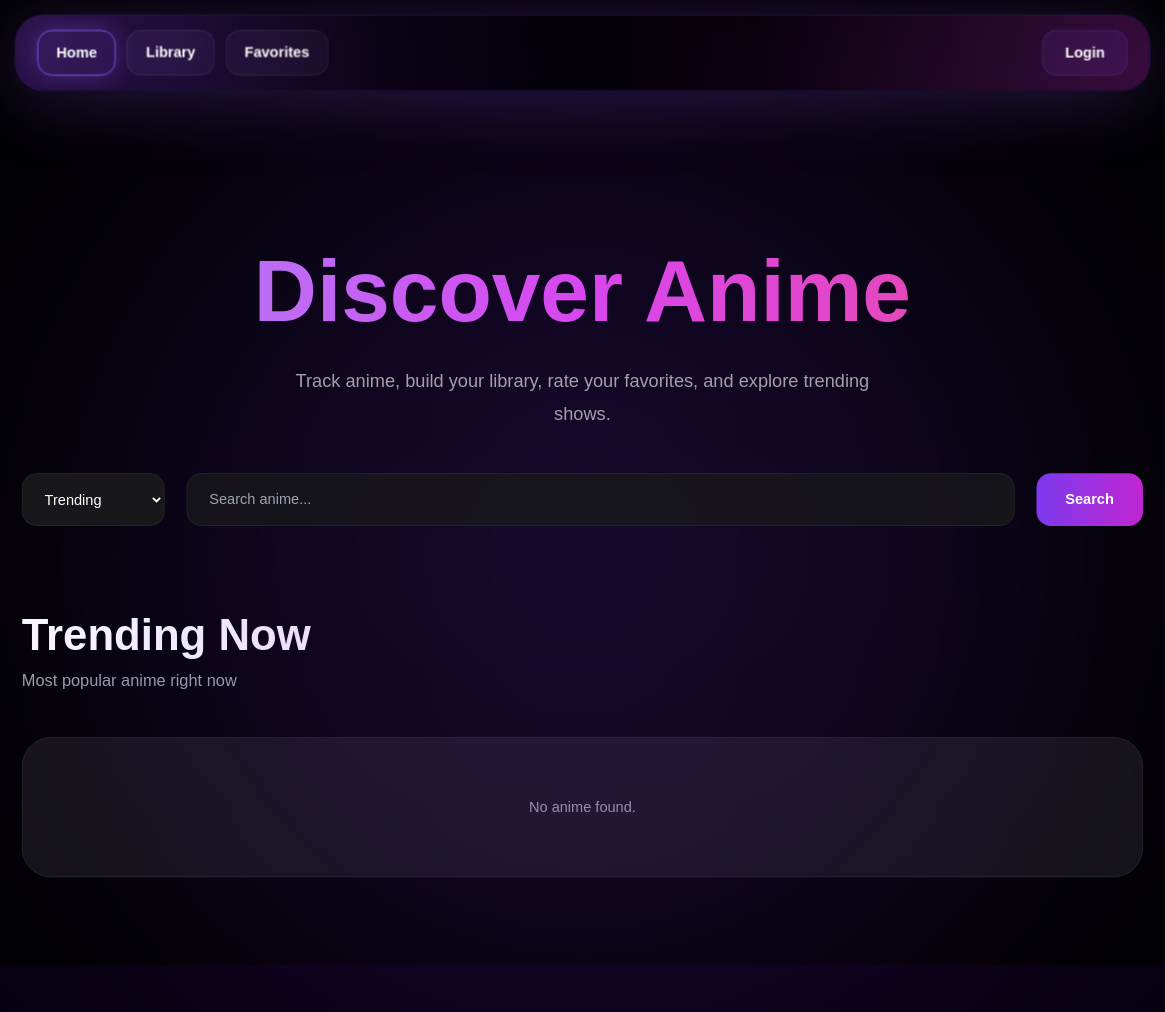
Repository: Maykal-Projects/Otakuflow
Page: /
These files come from the project's save history. The page is drawn as it stood at one moment and after the next save; the edit follows.
The browser window is 1280 px wide. The pictures show the whole page, at 91% of full size.
The page's requests for data from a server got no answer. The project was rebuilt for these pictures with package versions that can differ from the ones it lists, and the page was loaded fresh each time. The framework's server and built-in components were replaced by stand-ins that run in the browser. No one was signed in, and anything a server would have sent is missing. Also part of the build but not shown: next.config.ts, components/AnimeCard.tsx.

Above is the page before, as saved 2026-05-30 10:10:38.

### app/layout.tsx
import "./globals.css";

import type { Metadata } from "next";

import { Toaster } from "react-hot-toast";

export const metadata = {

  title: "Otakuflorist",

  applicationName:
    "Otakuflorist",

  description:
    "Track anime, build your library and discover trending shows.",

};

export const viewport = {
  themeColor: "#07010f",
  colorScheme: "dark",
  viewportFit: "cover",
};

export default function RootLayout({
  children,
}: Readonly<{
  children: React.ReactNode;
}>) {
  return (
    <html
  lang="en"
  suppressHydrationWarning
>
      <body className="bg-[#07010f]">
        {children}

        <Toaster
  position="top-center"
  toastOptions={{
    duration: 2500,

    style: {
      background:
        "rgba(15,15,20,0.95)",

      color: "#fff",

      border:
        "1px solid rgba(255,255,255,0.08)",

      borderRadius:
        "22px",

      padding:
        "18px 22px",

      backdropFilter:
        "blur(18px)",

      fontWeight:
        "800",

      boxShadow:
        "0 10px 60px rgba(0,0,0,0.5)",
    },

    success: {
      iconTheme: {
        primary:
          "#a855f7",
        secondary:
          "#fff",
      },
    },
  }}
/>
      </body>
    </html>
  );
}

### app/page.tsx
"use client";

import {
  useEffect,
  useRef,
  useState,
} from "react";

import AnimeCard from "@/components/AnimeCard";
import Navbar from "@/components/Navbar";
import toast from "react-hot-toast";

const genres = [
  { name: "Action", id: 1 },
  { name: "Adventure", id: 2 },
  { name: "Comedy", id: 4 },
  { name: "Drama", id: 8 },
  { name: "Fantasy", id: 10 },
  { name: "Horror", id: 14 },
  { name: "Mystery", id: 7 },
  { name: "Romance", id: 22 },
  { name: "Sci-Fi", id: 24 },
  { name: "Sports", id: 30 },
];

import {
  getAnimeFeed,
} from "@/lib/anilist";

export default function HomePage() {
  const [animeList, setAnimeList] =
    useState<any[]>([]);

  const [loading, setLoading] =
    useState(true);

  const [
    loadingMore,
    setLoadingMore,
  ] = useState(false);

  const [search, setSearch] =
    useState("");

  const [page, setPage] =
    useState(2);

  const [
    hasMore,
    setHasMore,
  ] = useState(true);

  const [
    suggestions,
    setSuggestions,
  ] = useState<any[]>([]);

  const [pageTitle, setPageTitle] =
    useState("Trending Now");

  const [
    selectedSort,
    setSelectedSort,
  ] = useState("");

  const [
  selectedGenre,
  setSelectedGenre,
] = useState("");

  const timeoutRef =
    useRef<NodeJS.Timeout | null>(
      null
    );

 useEffect(() => {

  const saved =
    sessionStorage.getItem(
      "homepage-state"
    );

  if (saved) {

    const state =
      JSON.parse(saved);

    setSearch(
      state.search || ""
    );

    setSelectedSort(
      state.selectedSort || ""
    );

    setSelectedGenre(
  state.selectedGenre || ""
);

    setAnimeList(
      state.animeList || []
    );

    setPage(
      state.page || 2
    );

    setPageTitle(
      state.pageTitle ||
      "Trending Now"
    );

    setLoading(false);

  } else {

    loadAnime();

  }

}, []);

  // AUTO SEARCH


useEffect(() => {

  if (
    animeList.length === 0
  ) return;

  const state = {

    search,
    selectedSort,
    selectedGenre,
    animeList,
    page,
    pageTitle,

  };

  sessionStorage.setItem(
    "homepage-state",
    JSON.stringify(state)
  );

}, [
  search,
  selectedSort,
  selectedGenre,
  animeList,
  page,
  pageTitle,
]);

  async function loadAnime() {
    if (page === 1) {
      setLoading(true);
    } else {
      setLoadingMore(true);
    }

    try {
      const anime =
        await getAnimeFeed(
          "POPULARITY_DESC"
        );

      if (
        anime &&
        anime.length > 0
      ) {
        setAnimeList(anime);
      }

      setPageTitle(
        "Trending Now"
      );

      setHasMore(true);
    } catch (error) {
      console.error(
        "LOAD ANIME ERROR:",
        error
      );
    }

    setLoading(false);
    setLoadingMore(false);
  }

  async function searchTrendingMore() {

    if (loadingMore)
  return;

    setLoadingMore(true);

    try {
      const response =
        await fetch(
          `https://api.jikan.moe/v4/top/anime?page=${page}&limit=24`
        );

      const json =
        await response.json();

      const newAnime =
        json.data || [];

      setHasMore(
        json.pagination
          ?.has_next_page
      );

      setAnimeList(
        (prev) => [
          ...prev,
          ...newAnime,
        ]
      );

      setPage(page + 1);
    } catch (error) {
      console.error(error);
    }

    setLoadingMore(false);
  }

  async function searchAnime(
  reset = false
) {

  // TRENDING
if (
  !search.trim() &&
  !selectedSort &&
  !selectedGenre
) {

    if (reset) {

      setPage(2);

      loadAnime();

    } else {

      searchTrendingMore();

    }

    return;
  }

  // LOADING
  if (reset) {

    setLoading(true);

  } else {

    setLoadingMore(true);

  }

  try {

    const currentPage =
      reset ? 1 : page;

    let url =
      `https://api.jikan.moe/v4/anime?page=${currentPage}&limit=24`;

    // SEARCH
   if (
  search.trim()
) {

  url += `&q=${search}`;

}

if (
  selectedGenre
) {

  url += `&genres=${selectedGenre}`;

}

    // SORT

    // MOST POPULAR
   if (
  selectedSort ===
  "popularity"
) {

  url +=
    "&order_by=members&sort=desc";

}
    // FAVORITES
    else if (
      selectedSort ===
      "favorites"
    ) {

      url +=
        "&order_by=favorites&sort=desc";

    }

if (
  selectedSort ===
  "all"
) {

  // NO SORTING
}

    // TOP RATED
    else if (
      selectedSort ===
      "score"
    ) {

      url +=
        "&order_by=members&sort=desc";

    }

    // NEWEST
    else if (
      selectedSort ===
      "start_date"
    ) {

      url +=
        "&order_by=start_date&sort=desc";

    }

    // DEFAULT
    else {

      url +=
        "&order_by=score&sort=desc";

    }

    const response =
  await fetch(url);

if (
  response.status === 429
) {

  toast.error(
    "Too many requests. Please wait a moment."
  );

  setLoading(false);

  setLoadingMore(false);

  return;
}

    const json =
  await response.json();

let newAnime =
  json.data || [];

newAnime = Array.from(
  new Map(
    newAnime.map(
      (anime: any) => [
        anime.mal_id,
        anime,
      ]
    )
  ).values()
);

// STRICT TITLE FILTER

if (
  search.trim()
) {

  newAnime =
    newAnime.filter(
      (anime: any) =>

        anime.title
          ?.toLowerCase()
          .includes(
            search.toLowerCase()
          )

        ||

        anime.title_english
          ?.toLowerCase()
          .includes(
            search.toLowerCase()
          )

    );

}

setHasMore(
  json.pagination
    ?.has_next_page
);

if (reset) {

  setAnimeList(
    newAnime
  );

} else {

  setAnimeList(
    (prev) => [
      ...prev,
      ...newAnime,
    ]
  );

}

    setPage(
      currentPage + 1
    );

    setPageTitle(
      search.trim()
        ? `Search Results for "${search}"`
        : "Filtered Anime"
    );

  } catch (error) {

    console.error(
      "SEARCH ERROR:",
      error
    );

  }

  setLoading(false);

  setLoadingMore(false);
}

  async function fetchSuggestions(
    value: string
  ) {
    if (
      timeoutRef.current
    ) {
      clearTimeout(
        timeoutRef.current
      );
    }

    timeoutRef.current =
      setTimeout(
        async () => {
          if (
            !value.trim() ||
            value.length < 2
          ) {
            setSuggestions(
              []
            );
            return;
          }

          try {
            const response =
              await fetch(
                `https://api.jikan.moe/v4/anime?q=${value}&order_by=members&sort=desc&type=tv&limit=8`
              );

if (
  response.status === 429
) {

  setSuggestions([]);

  return;
}

            const json =
              await response.json();

       const filtered = Array.from(

  new Map(

    (json.data || [])

      .filter(
        (anime: any) =>

          anime.title
            ?.toLowerCase()
            .includes(
              value.toLowerCase()
            )

          ||

          anime.title_english
            ?.toLowerCase()
            .includes(
              value.toLowerCase()
            )

      )

      .map(
        (anime: any) => [
          anime.mal_id,
          anime,
        ]
      )

  ).values()

);

setSuggestions(
  filtered
);

          } catch (error) {
            console.error(
              error
            );
          }
        },
        800
      );
  }


  return (
    <main className="min-h-screen bg-black text-white pt-28">
      <Navbar />

      {/* HERO */}
      <section className="relative pt-40 pb-24 px-6">
        <div className="absolute top-0 left-1/2 -translate-x-1/2 w-[1000px] h-[1000px] bg-violet-700/20 blur-[180px] rounded-full pointer-events-none" />

        <div className="relative max-w-7xl mx-auto text-center">
          {/* TITLE */}
          <h1 className="text-6xl md:text-8xl font-black leading-none mb-8 bg-gradient-to-r from-violet-400 via-fuchsia-500 to-pink-500 bg-clip-text text-transparent">
            Discover Anime
          </h1>

          {/* DESCRIPTION */}
          <p className="text-zinc-400 text-xl max-w-2xl mx-auto leading-9 mb-12">
            Track anime,
            build your
            library, rate
            your favorites,
            and explore
            trending shows.
          </p>

          {/* SEARCH + FILTERS */}
          <div className="grid grid-cols-[auto_1fr_auto] items-center gap-6 max-w-7xl mx-auto">

            {/* LEFT FILTERS */}
            <div className="flex items-center gap-4">

              {/* SORT */}
              <select
                value={
                  selectedSort
                }
                onChange={(e) => {

  setSelectedSort(
    e.target.value
  );

  setPage(1);

  setTimeout(() => {
    searchAnime(true);
  }, 0);

}}
                className="bg-zinc-900 border border-zinc-800 rounded-2xl px-5 py-4 outline-none h-[58px]"
              >

                <option value="">
                  Trending
                </option>

                <option value="popularity">
                  Most Popular
                </option>

                <option value="favorites">
                  Favorites
                </option>

                <option value="score">
                  Top Rated
                </option>

                <option value="start_date">
                  Newest
                </option>

              </select>
            </div>

            {/* SEARCH INPUT */}
            <div className="relative w-full">
              <input
                type="text"
                value={search}
                onChange={(
                  e
                ) => {
                  setSearch(
                    e.target
                      .value
                  );

                  fetchSuggestions(
                    e.target
                      .value
                  );
                }}
                placeholder="Search anime..."
                className="w-full bg-zinc-900/80 border border-zinc-800 rounded-2xl px-6 py-4 outline-none focus:border-violet-500 h-[58px]"
              />

              {/* SUGGESTIONS */}
              {suggestions.length >
                0 && (
                <div className="absolute top-full mt-3 w-full max-h-[420px] overflow-y-auto bg-zinc-950/95 backdrop-blur-2xl border border-zinc-800 rounded-3xl z-50 shadow-[0_20px_80px_rgba(0,0,0,0.6)]">
                  {suggestions.map(
                    (
                      anime: any
                    ) => (
                      <button
                        key={
                          anime.mal_id
                        }
                        onClick={() => {

  const title =
    anime.title;

  setSearch(title);

  setSuggestions([]);

  setPage(1);

  setTimeout(() => {
    searchAnime(true);
  }, 0);

}}
                        className="w-full flex items-center gap-4 p-4 hover:bg-white/5 transition text-left border-b border-white/5 last:border-none group"
                      >
                        <div className="relative">
                          <img
                            src={
                              anime
                                .images
                                ?.jpg
                                ?.image_url
                            }
                            alt=""
                            className="w-14 h-20 object-cover rounded-xl"
                          />
                        </div>

                        <div className="flex-1 min-w-0">
                          <p className="font-black text-white line-clamp-1 group-hover:text-violet-300 transition">
                            {
                              anime.title
                            }
                          </p>
                        </div>

                        <div className="text-violet-400 opacity-0 group-hover:opacity-100 transition text-lg font-bold">
                          →
                        </div>
                      </button>
                    )
                  )}
                </div>
              )}
            </div>

            {/* SEARCH BUTTON */}
            <button
              type="button"
              onClick={() => {

  if (loading || loadingMore)
    return;

  setSuggestions([]);

  setPage(1);

  searchAnime(true);
}}
              className="bg-gradient-to-r from-violet-600 to-fuchsia-600 hover:opacity-90 px-8 py-4 rounded-2xl font-bold transition h-[58px]"
            >
              Search
            </button>
          </div>
        </div>
      </section>

      {/* GRID */}
      <section className="max-w-7xl mx-auto px-6 pb-24">
        <div className="mb-12">
          <h2 className="text-5xl font-black mb-3">
            {pageTitle}
          </h2>

          <p className="text-zinc-400 text-lg">
            Most popular anime
            right now
          </p>
        </div>

        {loading ? (
          <div className="flex items-center justify-center py-24">
            <h2 className="text-4xl font-black">
              Loading...
            </h2>
          </div>
        ) : animeList.length ===
          0 ? (
          <div className="bg-zinc-900/80 border border-zinc-800 rounded-[32px] p-16 text-center text-zinc-400">
            No anime found.
          </div>
        ) : (
          <>
            <div className="grid grid-cols-2 md:grid-cols-3 lg:grid-cols-4 gap-8">
              {animeList.map(
                (
                  anime: any,
                  index: number
                ) => (
                  <AnimeCard
                    key={`${anime.mal_id}-${index}`}
                    anime={anime}
                  />
                )
              )}
            </div>

            {/* LOAD MORE */}
            {hasMore && (
              <div className="flex justify-center mt-16">
                <button
                  type="button"
                  onClick={(e) => {
                    e.preventDefault();

if (
  !search.trim() &&
  !selectedSort &&
  !selectedGenre
){
                      searchTrendingMore();
                    } else {
                      searchAnime();
                    }
                  }}
                  disabled={
                    loadingMore
                  }
                  className="px-8 py-4 rounded-2xl bg-gradient-to-r from-violet-600 to-fuchsia-600 font-bold hover:opacity-90 transition disabled:opacity-50"
                >
                  {loadingMore
                    ? "Loading..."
                    : "Show More"}
                </button>
              </div>
            )}
          </>
        )}
      </section>
    </main>
  );
}

### app/globals.css
@tailwind base;
@tailwind components;
@tailwind utilities;

html,
body {
  background: #07010f !important;
  color: white;
  font-family: Arial, Helvetica, sans-serif;
  min-height: 100vh;
  overscroll-behavior: none;
}

@keyframes spinSlow {
  from {
    transform: rotate(0deg);
  }

  to {
    transform: rotate(360deg);
  }
}

.animate-spin-slow {
  animation: spinSlow 8s linear infinite;
}

### components/Navbar.tsx
"use client";

import Link from "next/link";

import {
  usePathname,
} from "next/navigation";

import {
  useEffect,
  useState,
} from "react";

import { supabase } from "@/lib/supabase";

export default function Navbar() {
  const pathname =
    usePathname();

  const [user, setUser] =
    useState<any>(null);

  useEffect(() => {
    async function getUser() {
      const {
        data: { user },
      } =
        await supabase.auth.getUser();

      setUser(user);
    }

    getUser();
  }, []);

  async function logout() {
    await supabase.auth.signOut();

    window.location.href =
      "/login";
  }

  function navClass(
    path: string
  ) {
    const active =
      pathname === path;

    return `px-5 py-3 rounded-2xl transition font-semibold ${
      active
        ? "bg-violet-500/10 border border-violet-500 text-white shadow-[0_0_25px_rgba(139,92,246,0.35)]"
        : "bg-white/[0.03] border border-white/10 backdrop-blur-2xl"
    }`;
  }

  return (
  <div className="absolute top-0 left-0 w-full z-50 flex justify-center pt-4 px-4">
    <nav className="w-full max-w-7xl rounded-[32px] border border-violet-500/20 bg-gradient-to-r from-violet-950/40 via-black/30 to-fuchsia-950/30 backdrop-blur-3xl shadow-[0_10px_80px_rgba(139,92,246,0.25)] overflow-hidden relative">

      {/* GLOW */}
      <div className="absolute inset-0 bg-[radial-gradient(circle_at_top_left,rgba(168,85,247,0.18),transparent_35%),radial-gradient(circle_at_bottom_right,rgba(217,70,239,0.18),transparent_35%)]" />

      {/* CONTENT */}
      <div className="relative px-6 py-4 flex items-center justify-between">

        {/* LEFT */}
        <div className="flex items-center gap-3">

          <Link
            href="/"
            className={navClass(
              "/"
            )}
          >
            Home
          </Link>

          <Link
            href="/library"
            className={navClass(
              "/library"
            )}
          >
            Library
          </Link>

          <Link
            href="/favorites"
            className={navClass(
              "/favorites"
            )}
          >
            Favorites
          </Link>
        </div>

        {/* RIGHT */}
<div className="flex items-center gap-4">

  {user && (
    <Link
      href="/profile"
      className={`${navClass(
        "/profile"
      )} flex items-center gap-3`}
    >
      <img
        src={
          user
            .user_metadata
            ?.avatar_url ||
          "/default-avatar.png"
        }
        alt=""
        className="w-10 h-10 rounded-full object-cover border border-violet-500/20"
      />

      <span>
        Profile
      </span>
    </Link>
  )}

  {user && (
    <button
      onClick={logout}
      className="bg-red-500/10 hover:bg-red-500/20 border border-red-500/20 px-6 py-3 rounded-2xl font-semibold transition"
    >
      Logout
    </button>
  )}

  {!user && (
    <Link
      href="/login"
      className="bg-violet-500/10 hover:bg-violet-500/20 border border-violet-500/20 px-6 py-3 rounded-2xl font-semibold transition"
    >
      Login
    </Link>
  )}

</div>
      </div>
    </nav>
  </div>
);
}

### lib/anilist.ts
export async function searchAnime(
  search: string,
  genre?: string
) {
  try {
    const response = await fetch(
      `https://api.jikan.moe/v4/anime?q=${search}`
    );

    const json =
      await response.json();

    let anime =
      json.data || [];

    if (genre) {
      anime = anime.filter(
        (item: any) =>
          item.genres?.some(
            (g: any) =>
              g.name === genre
          )
      );
    }

    return anime;
  } catch (error) {
    console.error(error);

    return [];
  }
}

export async function getAnimeFeed(
  sortType: string,
  genre?: string
) {
  try {
    let endpoint =
      "https://api.jikan.moe/v4/seasons/now";

    // TOP RATED
    if (
      sortType ===
      "SCORE_DESC"
    ) {
      endpoint =
        "https://api.jikan.moe/v4/top/anime";
    }

    const response = await fetch(
      endpoint
    );

    const json =
      await response.json();

    let anime =
      json.data || [];

    if (genre) {
      anime = anime.filter(
        (item: any) =>
          item.genres?.some(
            (g: any) =>
              g.name === genre
          )
      );
    }

    return anime;
  } catch (error) {
    console.error(error);

    return [];
  }
}

### lib/supabase.ts
import { createClient } from "@supabase/supabase-js";

const supabaseUrl =
  process.env.NEXT_PUBLIC_SUPABASE_URL || "";

const supabaseAnonKey =
  process.env.NEXT_PUBLIC_SUPABASE_ANON_KEY || "";

export const supabase = createClient(
  supabaseUrl,
  supabaseAnonKey
);

### tailwind.config.js
/** @type {import('tailwindcss').Config} */
module.exports = {
  content: [
    "./app/**/*.{js,ts,jsx,tsx}",
    "./components/**/*.{js,ts,jsx,tsx}",
  ],
  theme: {
    extend: {},
  },
  plugins: [],
};

After the next save:
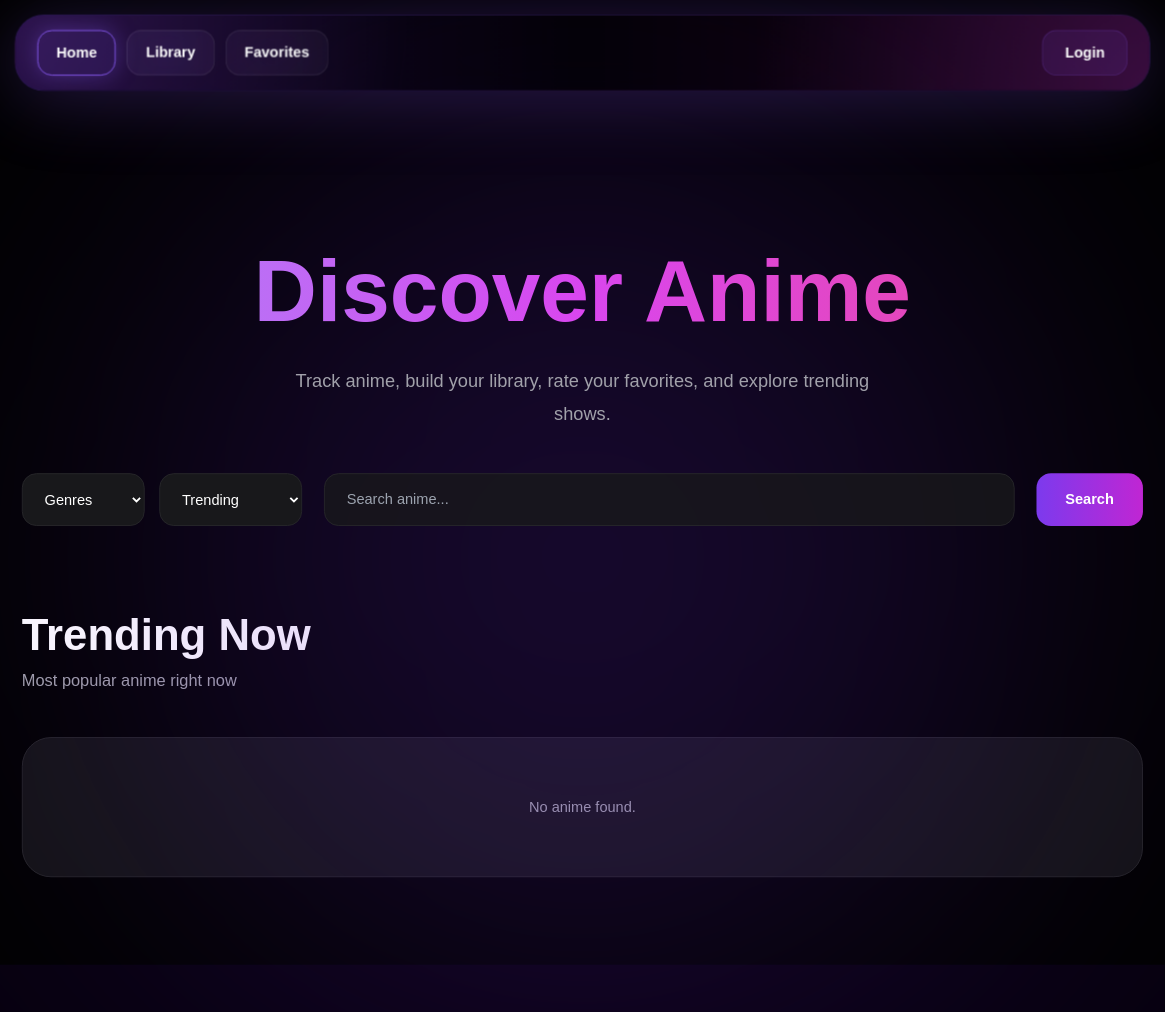
Saved 11 s later.
--- a/app/page.tsx
+++ b/app/page.tsx
@@ -583,6 +583,46 @@ setSuggestions(
 
             {/* LEFT FILTERS */}
             <div className="flex items-center gap-4">
+
+{/* GENRES */}
+<select
+  value={
+    selectedGenre
+  }
+  onChange={(e) => {
+
+    setSelectedGenre(
+      e.target.value
+    );
+
+    setPage(1);
+
+    setTimeout(() => {
+      searchAnime(true);
+    }, 0);
+
+  }}
+  className="bg-zinc-900 border border-zinc-800 rounded-2xl px-5 py-4 outline-none h-[58px]"
+>
+
+  <option value="">
+    Genres
+  </option>
+
+  {genres.map(
+    (genre) => (
+
+      <option
+        key={genre.id}
+        value={genre.id}
+      >
+        {genre.name}
+      </option>
+
+    )
+  )}
+
+</select>
 
               {/* SORT */}
               <select
